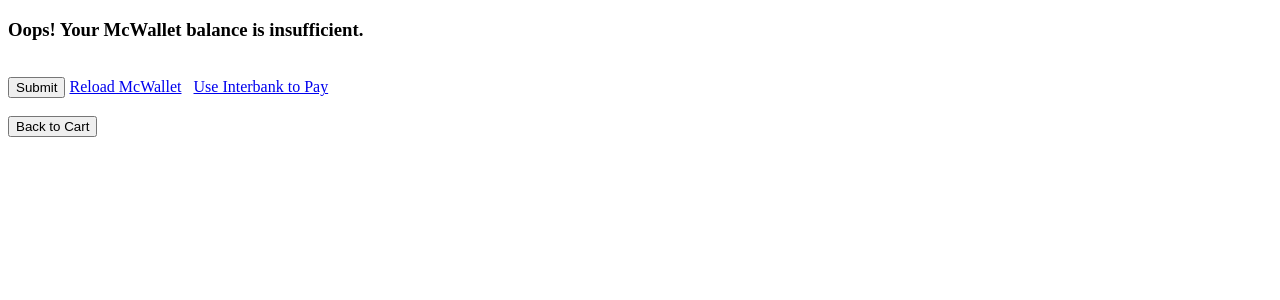
Repository: Jeck97/Mcdonald-Delivery-System
Page: McDelivery/WebContent/placeOrder/insufficientBalancePage.html
The author's editor kept a copy of each file at every save. The page is drawn from the files as they stood at one save, then again after the next save.
The browser window is 1280 px wide. The pictures show the whole page.

Above is the page before, as saved 2020-07-11 16:44:38.

### McDelivery/WebContent/placeOrder/insufficientBalancePage.html
<!DOCTYPE html>
<html>
<head>
<meta charset="ISO-8859-1">
<title>Insufficient Balance Page</title>
</head>
<body>

	<h3>Oops! Your McWallet balance is insufficient.</h3>

	<br>

	<form action="paymentServlet" method="post">

	<input type="hidden" name="payment_method" value="2">
	<input id="submit" type="submit">

	<a href="../reloadMcWallet/reloadForm.jsp">Reload McWallet</a> &nbsp;
	<a href="#submit">Use Interbank to Pay</a>
	<br><br>
	<a href="checkOutPage.jsp"><button>Back to Cart</button></a>

	</form>




</body>
</html>

After the next save:
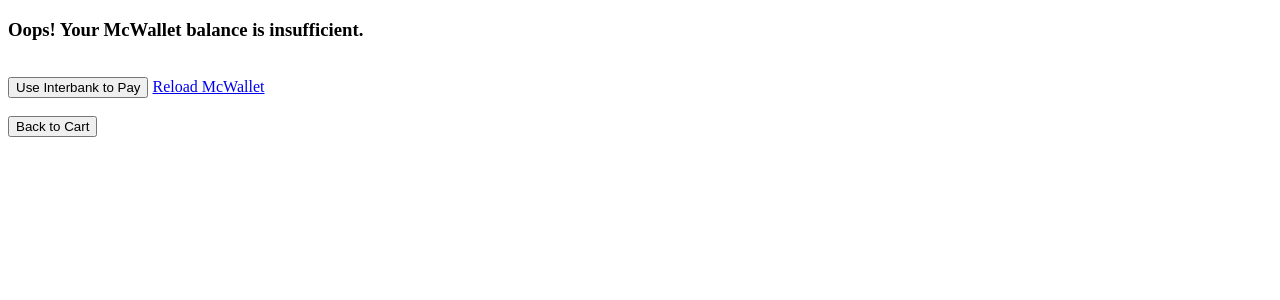
Saved 110 s later.
--- a/McDelivery/WebContent/placeOrder/insufficientBalancePage.html
+++ b/McDelivery/WebContent/placeOrder/insufficientBalancePage.html
@@ -13,10 +13,10 @@
 	<form action="paymentServlet" method="post">
 
 	<input type="hidden" name="payment_method" value="2">
-	<input id="submit" type="submit">
+	<input type="submit" value="Use Interbank to Pay">
 
 	<a href="../reloadMcWallet/reloadForm.jsp">Reload McWallet</a> &nbsp;
-	<a href="#submit">Use Interbank to Pay</a>
+	<a href="#submit"></a>
 	<br><br>
 	<a href="checkOutPage.jsp"><button>Back to Cart</button></a>
 
